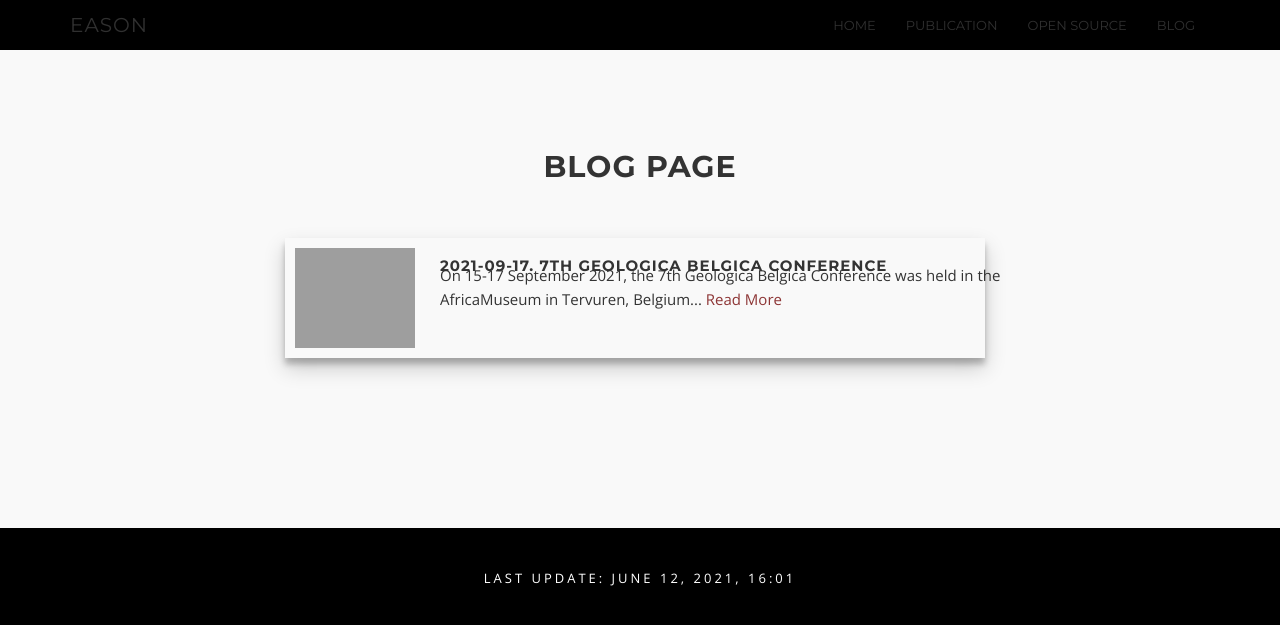
Repository: eazzzon/eazzzon.github.io
Page: blog.html
These files come from the project's save history. The page is drawn as it stood at one moment and after a run of saves; the edit follows.
The browser window is 1280 px wide. The pictures show the whole page.
Pictures or frames that could not be fetched are drawn as grey boxes.

Above is the page before, as saved 2021-09-18 13:29:02.

### blog.html
<!DOCTYPE html>
<html lang="en">
<head>
<meta charset="utf-8">
<meta http-equiv="X-UA-Compatible" content="IE=edge">
<meta name="viewport" content="width=device-width, initial-scale=1">
<meta name="description" content="">
<meta name="author" content="">
<title>yishen.zhang</title>
<!-- Bootstrap Core CSS -->
<link href="css/bootstrap.min.css" rel="stylesheet">
<!-- Custom CSS -->
<link href="css/theme.css" rel="stylesheet">
<!-- Custom Fonts -->
<link href="font-awesome/css/font-awesome.min.css" rel="stylesheet" type="text/css">
<link href="http://fonts.googleapis.com/css?family=Open+Sans:300,400,700,400italic,700italic" rel="stylesheet" type="text/css">
<link href="http://fonts.googleapis.com/css?family=Montserrat:400,700" rel="stylesheet" type="text/css">
<!-- HTML5 Shim and Respond.js IE8 support of HTML5 elements and media queries -->
<!-- WARNING: Respond.js doesn't work if you view the page via file:// -->
<!--[if lt IE 9]>
        <script src="https://oss.maxcdn.com/libs/html5shiv/3.7.0/html5shiv.js"></script>
        <script src="https://oss.maxcdn.com/libs/respond.js/1.4.2/respond.min.js"></script>
    <![endif]-->
</head>
<body id="page-top" data-spy="scroll" data-target=".navbar-fixed-top">
<!-- Navigation -->
<nav class="navbar navbar-custom navbar-fixed-top" role="navigation">
<div class="container">
	<div class="navbar-header">
		<button type="button" class="navbar-toggle" data-toggle="collapse" data-target=".navbar-main-collapse">
		<i class="fa fa-bars"></i>
		</button>
		<a class="navbar-brand page-scroll" href="index.html" style="color: #303030;">
		EASON </a>
	</div>
	<!-- Collect the nav links, forms, and other content for toggling -->
	<div class="collapse navbar-collapse navbar-right navbar-main-collapse">
		<ul class="nav navbar-nav" style="color: #303030;">
			<li>
			<a href="index.html">Home</a>
			</li>
			<li>
			<a href="publication.html">publication</a>
			</li>
			<li>
			<a href="opensource.html">open source</a>
			</li>
			<li>
			<a href="blog.html">blog</a>
			</li>
		</ul>
	</div>
	<!-- /.navbar-collapse -->
</div>
<!-- /.container -->
</nav>

<!-- Page Sample Section -->
<section id="page-sample">


<div class="container content-section text-left">
	<div class='container'>
		<div class="row">
			<h2 class="text-center">BLOG PAGE</h2>
			<div class="col-lg-8 col-lg-offset-2">
				<div class="post-box">
					<img class="box-img" src="https://geologicabelgica2021.africamuseum.be/sites/default/files/media/images/Logo%20Geologica%20Belgica.png" alt="lower crust foundering" />
					<div class="box-text">
						<a  href="post20210917.html">
							<h4 class="box-text">2021-09-17. 7th Geologica Belgica Conference </h4>
						</a>
						<p class="p2">On 15-17 September 2021, the 7th Geologica Belgica Conference was held in the AfricaMuseum in Tervuren, Belgium... <a href="post20210917.html" style="color:rgb(141, 53, 53);">Read More</a></p>
					</div>
				</div>
				</div>

			</div>
		</div>
	</div>
</div>
</section>




<!-- Footer -->
<footer>
<div class="container text-center">
	<p class="credits">
		last update: June 12, 2021, 16:01
	</p>
</div>
</footer>
<!-- jQuery -->
<script src="js/jquery.js"></script>
<!-- Bootstrap Core JavaScript -->
<script src="js/bootstrap.min.js"></script>
<!-- Plugin JavaScript -->
<script src="js/jquery.easing.min.js"></script>
<!-- Custom Theme JavaScript -->
<script src="js/theme.js"></script>
</body>
</html>

### css/theme.css
/* Aries v1.0 - by WowThemes.net */
body {
	width:100%;
	height:100%;
	font-family:Open Sans,"Helvetica Neue",Helvetica,Arial,sans-serif;
	color:#fff;
	background-color:#000;
	 font-weight:300;
}
html {
	width:100%;
	height:100%;
}
h1,h2,h3,h4,h5,h6 {
	margin:0 0 35px;
	text-transform:uppercase;
	font-family:Montserrat,"Helvetica Neue",Helvetica,Arial,sans-serif;
	font-weight:700;
	letter-spacing:1px;
}
p {
	margin:0 0 25px;
	font-size:18px;
	line-height:1.5;
}
@media(min-width:768px) {
	p {
		margin:0 0 35px;
		font-size:20px;
		line-height:1.6;
	}
}
a {
	color:inherit;
	-webkit-transition:all .2s ease-in-out;
	-moz-transition:all .2s ease-in-out;
	transition:all .2s ease-in-out;
}
a:hover,a:focus {
	text-decoration:none;
	color:inherit;
}
.light {
	font-weight:400;
}
.navbar-custom {
	margin-bottom:0;
	border-bottom:1px solid rgba(255,255,255,.3);
	text-transform:uppercase;
	font-family:Montserrat,"Helvetica Neue",Helvetica,Arial,sans-serif;
	background-color:#000;
}
.navbar-custom .navbar-brand {
	font-size:20px;
	text-transform:none;
	letter-spacing:1px;
}
.navbar-custom .navbar-brand:focus {
	outline:0;
}
.navbar-custom .navbar-brand .navbar-toggle {
	padding:4px 6px;
	font-size:16px;
	color:#fff;
}
.navbar-custom .navbar-brand .navbar-toggle:focus,.navbar-custom .navbar-brand .navbar-toggle:active {
	outline:0;
}
.navbar-custom a {
}
.navbar-custom .nav li a {
	-webkit-transition:background .3s ease-in-out;
	-moz-transition:background .3s ease-in-out;
	transition:background .3s ease-in-out;
}
.navbar-custom .nav li a:hover {
	outline:0;
	color:#1ba39c;
	background-color:transparent;
}
.navbar-custom .nav li a:focus,.navbar-custom .nav li a:active {
	outline:0;
	background-color:transparent;
}
.navbar-custom .nav li.active {
	outline:0;
}
.navbar-custom .nav li.active a {
	color:#1ba39c;
}
.navbar-custom .nav li.active a:hover {
	color:#1ba39c;
}
@media(min-width:768px) {
	.navbar-custom {
		padding:20px 0;
		border-bottom:0;
		font-size:13px;
		background:0 0;
		-webkit-transition:background .5s ease-in-out,padding .5s ease-in-out;
		-moz-transition:background .5s ease-in-out,padding .5s ease-in-out;
		transition:background .5s ease-in-out,padding .5s ease-in-out;
	}
		 .navbar-custom.top-nav-collapse {
		 padding:0;
		border-bottom:1px solid rgba(255,255,255,.3);
		color:#333;
			background:#fff;
	}
	.navbar-custom.top-nav-collapse a {
		color:#333;
		display:inline-block;
	}
}
.intro {
	display:table;
	width:100%;
	height:auto;
	padding:100px 0 100px 0;
	text-align:center;
	color:#fff;
	background-image:radial-gradient(circle at 50% 50%,rgba(95, 94, 94, 0.46),rgba(56, 56, 56, 0.88)), url('labelled.png');
	-webkit-background-size:cover;
	-moz-background-size:cover;
	background-size:cover;
	-o-background-size:cover;
}
.intro .intro-body {
	display:table-cell;
	vertical-align:middle;
}
.intro .intro-body .brand-heading {
	font-size:40px;
}
.intro .intro-body .intro-text {
	font-size:18px;
}
@media(min-width:768px) {
	.intro {
		height:100%;
		padding:0;
	}
	.intro .intro-body .brand-heading {
		font-size:60px;
		margin-top:90px;
		margin-bottom:20px;
		border-top:2px solid #fff;
		border-bottom:2px solid #fff;
		display:inline-block;
		padding:10px 0;
	}
	.intro .intro-body .intro-text {
		font-size:20px;
			font-weight:300;
			letter-spacing:3px;
	}
}
.btn-circle {
	width:50px;
	height:50px;
	margin-top:15px;
	line-height:40px;
	text-align:center;
	border:2px solid #fff;
	border-radius:100%!important;
	font-size:20px;
	color:#fff;
	background:0 0;
	-webkit-transition:background .3s ease-in-out;
	-moz-transition:background .3s ease-in-out;
	transition:background .3s ease-in-out;
}
.btn-circle:hover,.btn-circle:focus {
	outline:0;
	color:#fff;
	background:rgba(255,255,255,.1);
}
.btn-circle i.animated {
	-webkit-transition-property:-webkit-transform;
	-webkit-transition-duration:1s;
	-moz-transition-property:-moz-transform;
	-moz-transition-duration:1s;
}
.btn-circle:hover i.animated {
	-webkit-animation-name:pulse;
	-moz-animation-name:pulse;
	-webkit-animation-duration:1.5s;
	-moz-animation-duration:1.5s;
	-webkit-animation-iteration-count:infinite;
	-moz-animation-iteration-count:infinite;
	-webkit-animation-timing-function:linear;
	-moz-animation-timing-function:linear;
}
@-webkit-keyframes pulse {
	0% {
		-webkit-transform:scale(1);
		transform:scale(1);
	}
	50% {
		-webkit-transform:scale(1.2);
		transform:scale(1.2);
	}
	100% {
		-webkit-transform:scale(1);
		transform:scale(1);
	}
}
@-moz-keyframes pulse {
	0% {
		-moz-transform:scale(1);
		transform:scale(1);
	}
	50% {
		-moz-transform:scale(1.2);
		transform:scale(1.2);
	}
	100% {
		-moz-transform:scale(1);
		transform:scale(1);
	}
}
.content-section {
	padding:40px 0;
	clear:both;
}
@media(min-width:767px) {
	.content-section {
		padding:150px 0;
			 clear:both;
	}
}
.btn {
	border-radius:0;
	text-transform:uppercase;
	font-family:Montserrat,"Helvetica Neue",Helvetica,Arial,sans-serif;
	font-weight:400;
	-webkit-transition:all .3s ease-in-out;
	-moz-transition:all .3s ease-in-out;
	transition:all .3s ease-in-out;
}
.btn-default {
	border:1px solid #42dca3;
	color:#42dca3;
	background-color:transparent;
}
.btn-default:hover,.btn-default:focus {
	border:1px solid #42dca3;
	outline:0;
	color:#000;
	background-color:#42dca3;
}
ul.banner-social-buttons {
	margin-top:0;
}
@media(max-width:1199px) {
	ul.banner-social-buttons {
		margin-top:15px;
	}
}
@media(max-width:767px) {
	ul.banner-social-buttons li {
		display:block;
		margin-bottom:20px;
		padding:0;
	}
	ul.banner-social-buttons li:last-child {
		margin-bottom:0;
	}
}
footer {
	padding:40px 0;
	z-index:1;
	position:relative;
	clear:both;
}
footer p {
	margin:0;
	font-size:15px;
}
footer p.credits {
	text-transform:uppercase;
	font-size:13px;
	letter-spacing:3px;
}
::-moz-selection {
	text-shadow:none;
	background:#fcfcfc;
	background:rgba(255,255,255,.2);
}
::selection {
	text-shadow:none;
	background:#fcfcfc;
	background:rgba(255,255,255,.2);
}
img::selection {
	background:0 0;
}
img::-moz-selection {
	background:0 0;
}
body {
	webkit-tap-highlight-color:rgba(255,255,255,.2);
}
.bgblue {
	background:#22292c;
}
.inlineblock {
	display:inline-block;
}
p:last-child {
	margin-bottom:0;
}
p.lead {
	line-height:1.9;
}
.btnghost {
	border:2px solid #333;
	background-color:transparent;
	padding:15px 20px;
	letter-spacing:3px;
	font-size:12px;
	text-transform:uppercase;
	font-weight:400;
	color:#333;
	margin-top:20px;
	display:inline-block;
}
.btnghost:hover {
	background-color:#333;
	color:#fff;
	border:2px solid #333;
}
.bgcover {
	background-size:cover;
	background-repeat:no-repeat;
	position:relative;
}
img {
	max-width:100%;
}
.gallery ul {
	padding:0;
	margin:0;
}
.gallery img {
	max-width:100%;
	height:auto;
	padding:0;
	margin:0;
}
.gallery ul li {
	margin:0;
	position:relative;
	list-style:none;
	float:left;
	padding:0;
}
.gallery ul li a {
	display:block;
	position:relative;
	width:100%;
	height:100%;
	margin:0;
	padding:0;
	line-height:0;
}
.gallery ul li a:before {
	position:absolute;
	width:32px;
	height:32px;
	top:40%;
	left:50%;
	margin:-14px 0 0 -16px;
	/* background: url(data:[embedded picture, 2228 characters]) no-repeat; */
	content:"";
	opacity:0;
	z-index:1;
	-webkit-transition:all 0.3s linear;
	-moz-transition:all 0.3s linear;
	transition:all 0.3s linear;
}
.gallery ul li a:hover:before {
	top:50%;
	opacity:1;
}
.gallery ul li a:after {
	position:absolute;
	width:100%;
	top:0;
	bottom:0;
	background:rgba(0,0,0,0.3);
	content:"";
	opacity:0;
	-webkit-transition:all 0.3s linear;
	-moz-transition:all 0.3s linear;
	transition:all 0.3s linear;
}
.gallery ul li a:hover:after {
	opacity:1;
}
section:after {
	float:none;
	clear:both;
}
section {
	background-color:#f9f9f9;
	color:#333;
	overflow:hidden;
}
.done {
	display:none;
}
.error input,input.error,.error textarea,textarea.error {
	background-color:#ffffff;
	border-bottom:2px solid orangered !Important;
	-webkit-transition:border linear 0.2s,box-shadow linear 0.2s;
	-moz-transition:border linear 0.2s,box-shadow linear 0.2s;
	-o-transition:border linear 0.2s,box-shadow linear 0.2s;
	transition:border linear 0.2s,box-shadow linear 0.2s;
}

/* post-box style */
.post-box {
	width: 700px;
	height: 120px;
	margin: 20px;
	box-shadow: 0 10px 20px rgba(0, 0, 0, 0.19), 0 6px 6px rgba(0, 0, 0, 0.23);
  }

  .box-img {
	width: 120px;
	height: 100px;
	padding: 0px;
	margin: 10px;
  }

  .box-text {
	margin: 0px;
	position: absolute;
	font-size: 15px;
	padding: 50px;
	top: -5px;
	left: 70px;
  }

  .p {
	padding: 50px;
	margin: 10px;
	position: relative;
	bottom: 100px;
	left: 100px;
  }

  .p2 {
	padding: 0px;
	margin: 0px;
	font-size: 15px;
	position: relative;
	left: 70px;
  }

### js/theme.js
// jQuery to collapse the navbar on scroll
$(window).scroll(function() {
    if ($(".navbar").offset().top > 50) {
        $(".navbar-fixed-top").addClass("top-nav-collapse");
    } else {
        $(".navbar-fixed-top").removeClass("top-nav-collapse");
    }
});

// jQuery for page scrolling feature - requires jQuery Easing plugin
$(function() {
    $('a.page-scroll').bind('click', function(event) {
        var $anchor = $(this);
        $('html, body').stop().animate({
            scrollTop: $($anchor.attr('href')).offset().top
        }, 1500, 'easeInOutExpo');
        event.preventDefault();
    });
});

// Closes the Responsive Menu on Menu Item Click
$('.navbar-collapse ul li a').click(function() {
    $('.navbar-toggle:visible').click();
});

Loaded but not shown: css/bootstrap.min.css (library); font-awesome/css/font-awesome.min.css (library); js/jquery.js (library); js/bootstrap.min.js (library); js/jquery.easing.min.js (library)

After the next 2 saves:
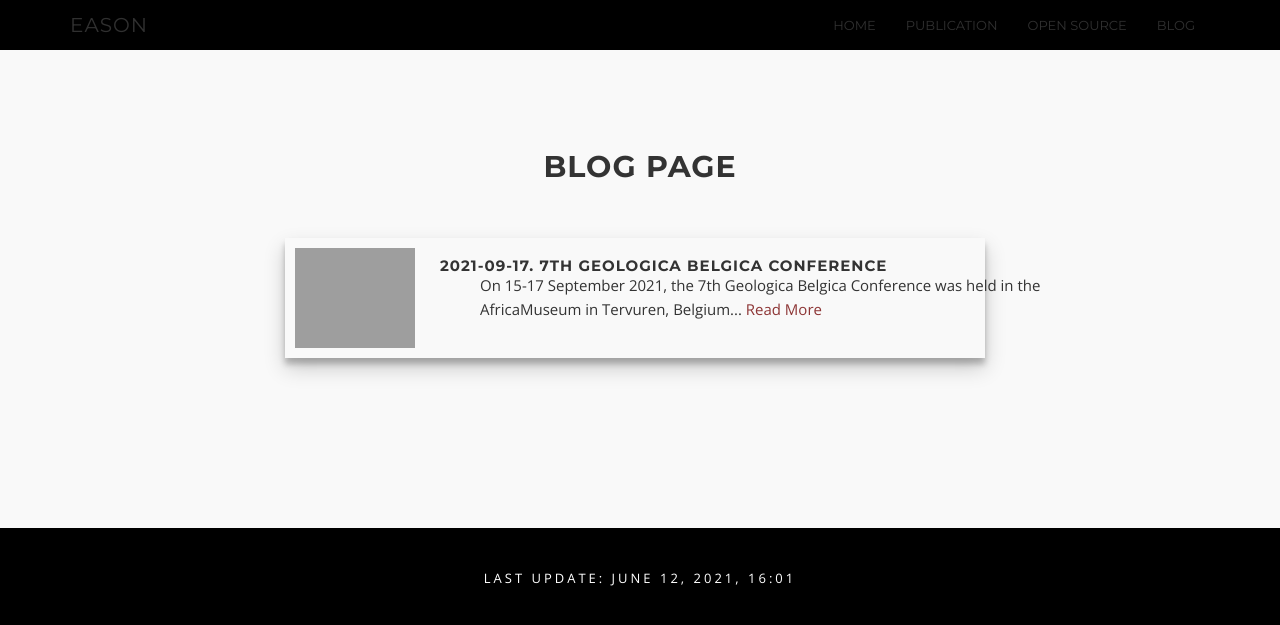
The 2 saves are shown as one change because they came seconds apart.
The last was saved 10 s later.
--- a/css/theme.css
+++ b/css/theme.css
@@ -453,8 +453,8 @@ section {
 
   .p2 {
 	padding: 0px;
-	margin: 0px;
+	margin: 10px;
 	font-size: 15px;
 	position: relative;
-	left: 70px;
+	left: 100px;
   }
